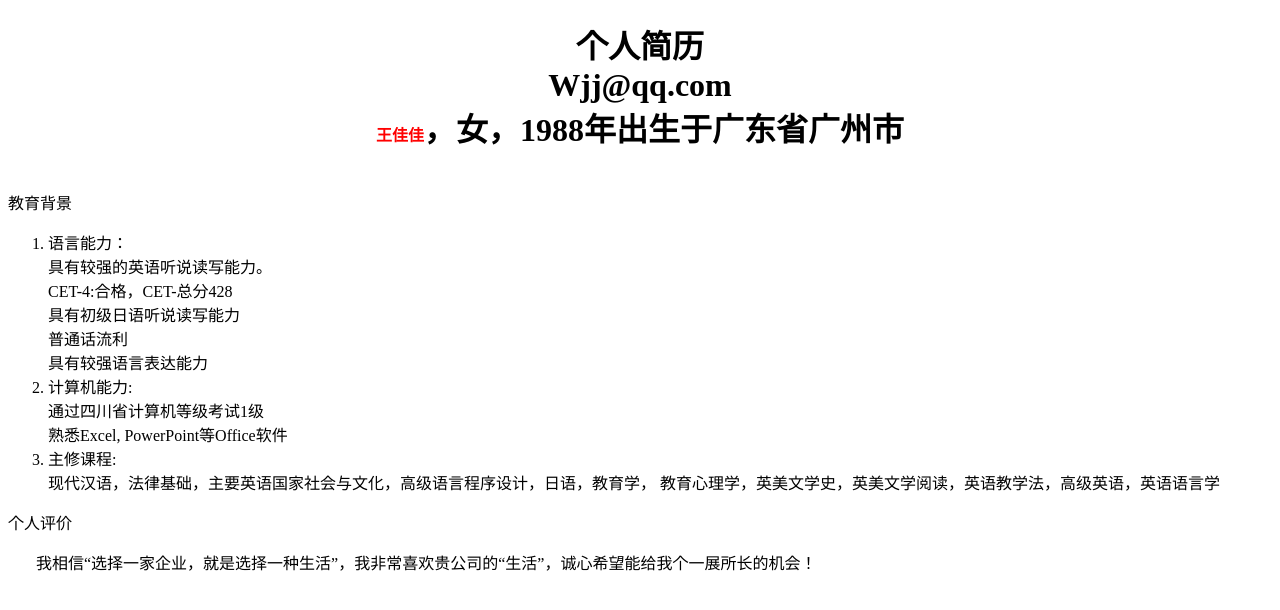
Repository: sheep9590/Test
Page: http://localhost/Prj03/
An editor plug-in stored every save of this project. The page is shown before and after the next save, followed by the edit.
The browser window is 1280 px wide. The pictures show the whole page.
The page is served by Tomcat 9.

Above is the page before, as saved 2021-09-02 15:43:12.

### eclipse-workspace/Prj03/WebRoot/index.jsp
<%@ page language="java" contentType="text/html; charset=UTF-8"
    pageEncoding="UTF-8"%>
<!DOCTYPE html>
<html>
<head>
<meta charset="UTF-8">
<title>我的第一个 HTML 页面</title>
</head>
<body>
<h1 align="center">个人简历<br>
Wjj@qq.com<br>
<font color="#FF0000" face="仿宋_GB2312" size="3"><b>王佳佳</b></font>，女，1988年出生于广东省广州市</h1><br>
教育背景
<ol>
<li>语言能力：<br>具有较强的英语听说读写能力。<br>CET-4:合格，CET-总分428<br>具有初级日语听说读写能力<br>普通话流利<br>
具有较强语言表达能力 </li>
<li>计算机能力:<br>通过四川省计算机等级考试1级<br>熟悉Excel, PowerPoint等Office软件</li>
<li>主修课程:<br>现代汉语，法律基础，主要英语国家社会与文化，高级语言程序设计，日语，教育学， 教育心理学，英美文学史，英美文学阅读，英语教学法，高级英语，英语语言学</li>
</ol>
个人评价
<p>&nbsp;&nbsp;&nbsp;&nbsp;&nbsp;&nbsp;&nbsp;我相信“选择一家企业，就是选择一种生活”，我非常喜欢贵公司的“生活”，诚心希望能给我个一展所长的机会！</p>
</body>
</html>

After the next save:
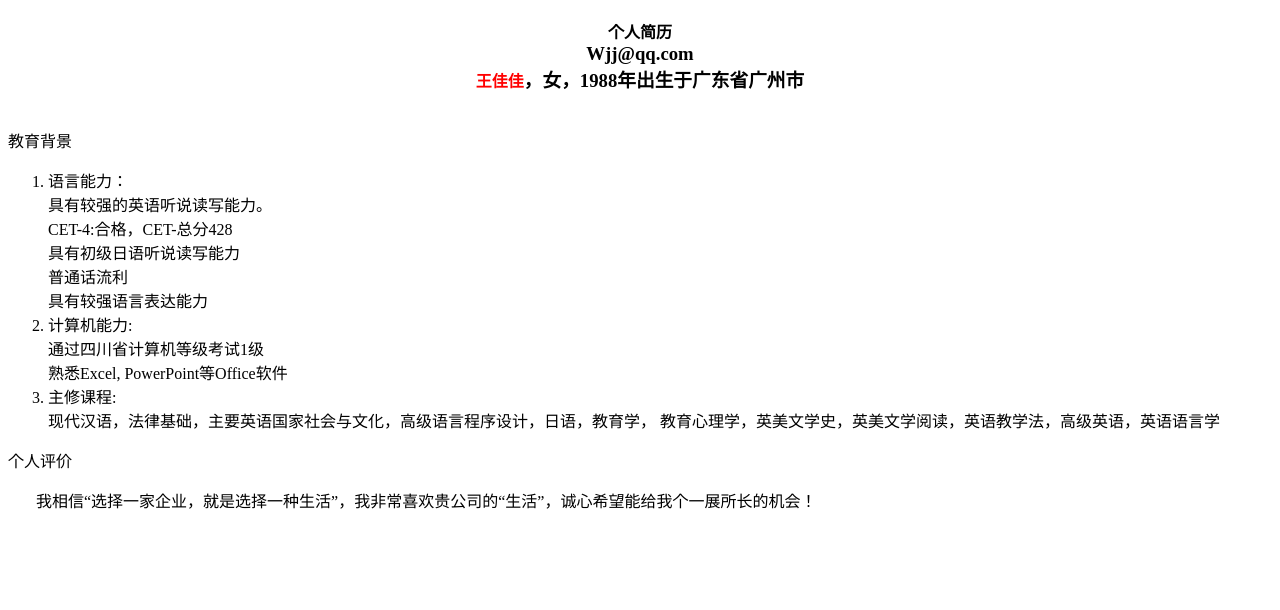
Saved 109 s later.
--- a/eclipse-workspace/Prj03/WebRoot/index.jsp
+++ b/eclipse-workspace/Prj03/WebRoot/index.jsp
@@ -7,7 +7,7 @@
 <title>我的第一个 HTML 页面</title>
 </head>
 <body>
-<h1 align="center">个人简历<br>
+<h3 align="center"><font face="楷体_GB2312" size="3">个人简历</font><br>
 Wjj@qq.com<br>
 <font color="#FF0000" face="仿宋_GB2312" size="3"><b>王佳佳</b></font>，女，1988年出生于广东省广州市</h1><br>
 教育背景
